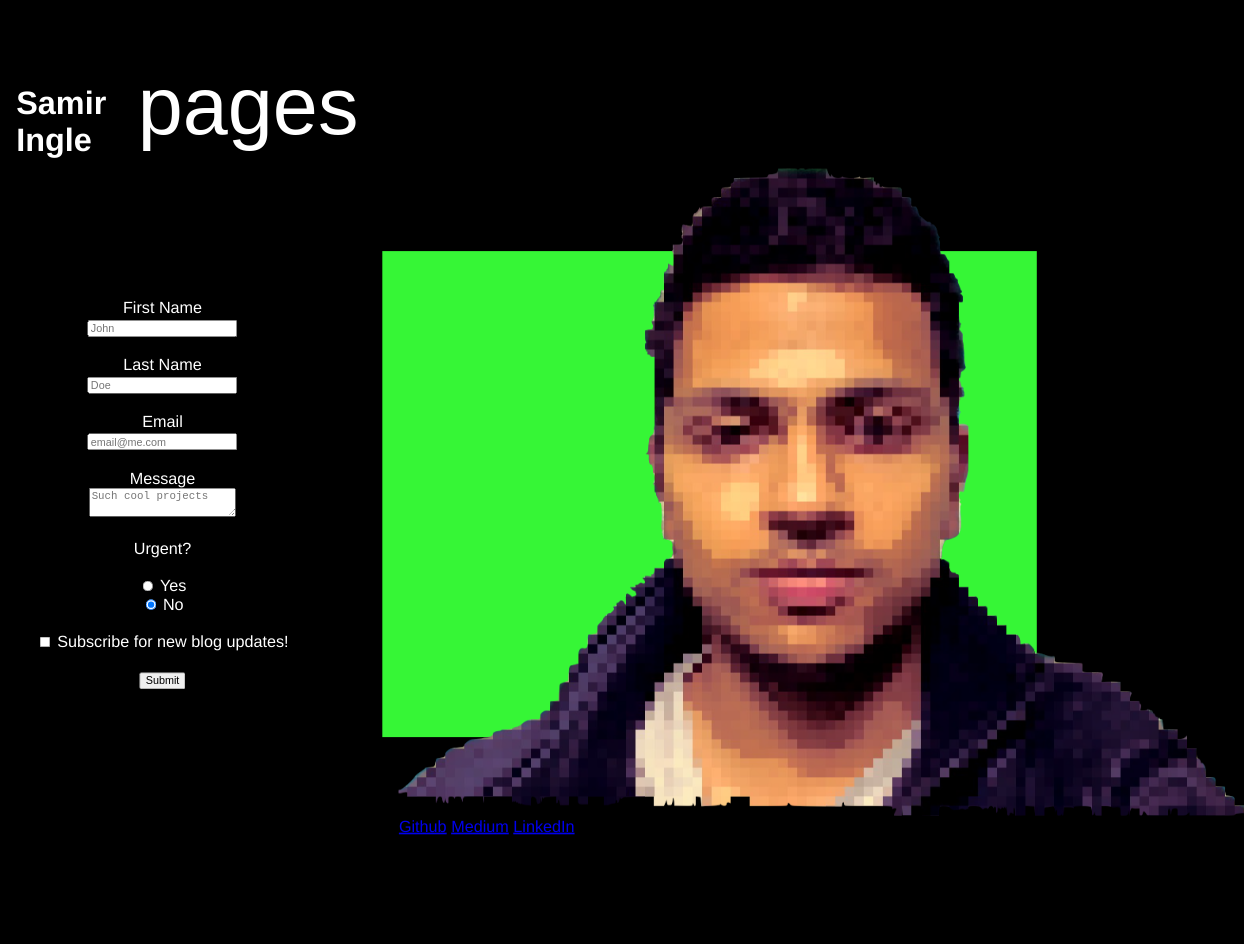
Repository: SamirIngley/html-semantic
Page: templates/contact.html
The author's editor kept a copy of each file at every save. The page is drawn from the files as they stood at one save, then again after the next save.
The browser window is 1280 px wide. The page is 1536 px wide, then 1522 px, then 1536 px, so the pictures cover 1536 px, including what lies to the right of the window. The pictures show the whole page, at 81% of full size.

Above is the page before, as saved 2020-02-06 09:27:21.

After the next save:
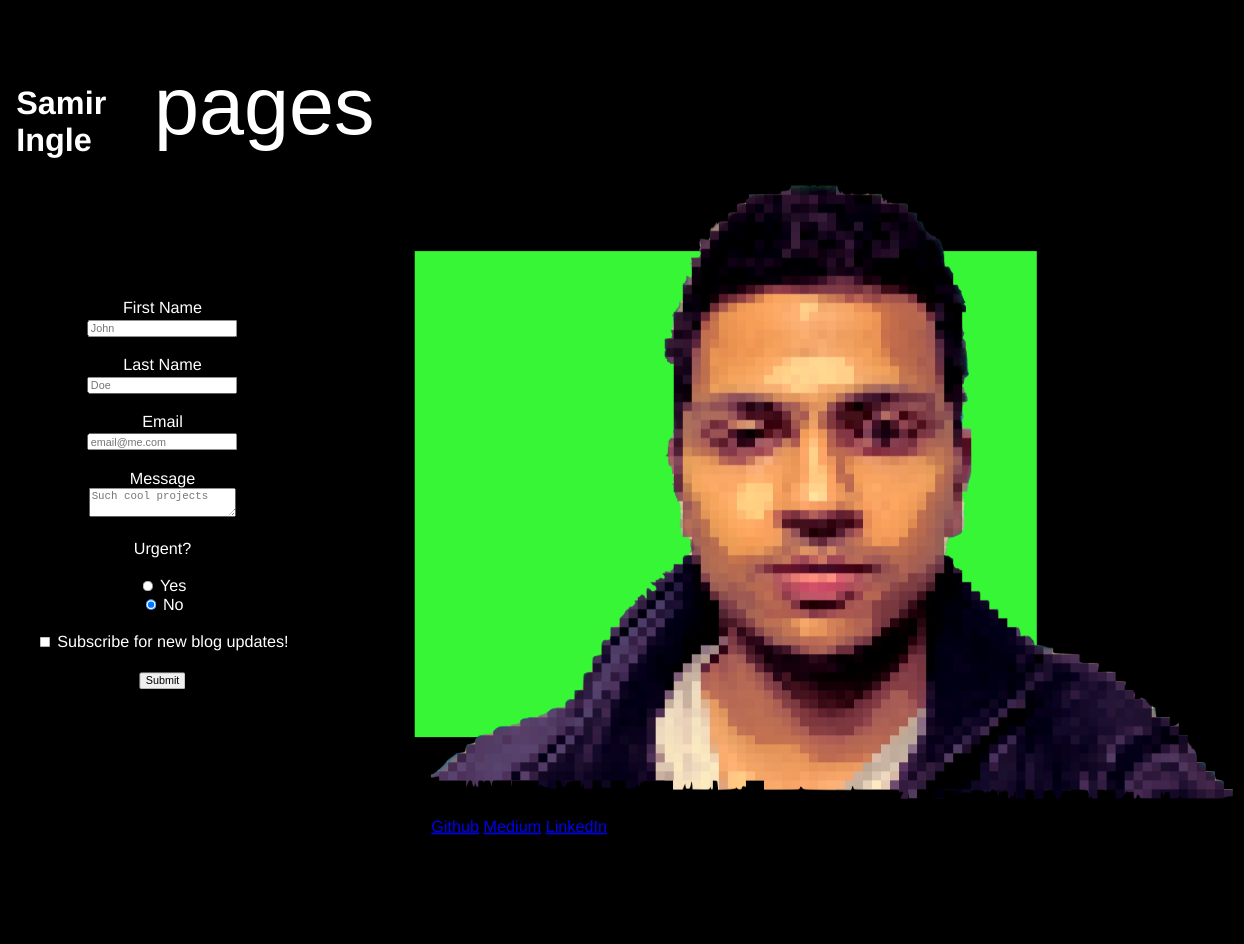
Saved 3 min 34 s later.
--- a/templates/style.css
+++ b/templates/style.css
@@ -112,7 +112,7 @@ body {
 }
 
 
-nav a {
+/* nav a {
   color: white;
   text-align: right;
   font-size: 2vw;
@@ -138,7 +138,7 @@ nav {
 nav {
     padding: 1em;
 }
-
+ */
 
 
 .topnav {
@@ -201,7 +201,7 @@ nav {
   right: 0;
   background-color: #6f6f6f00;
   min-width: 200px;
-  box-shadow: 0px 8px 16px 0px rgba(0,0,0,0.2);
+  box-shadow: 0px 8px 16px 0px rgba(0, 0, 0, 0.719);
   z-index: 1;
 }
 

After the save that followed:
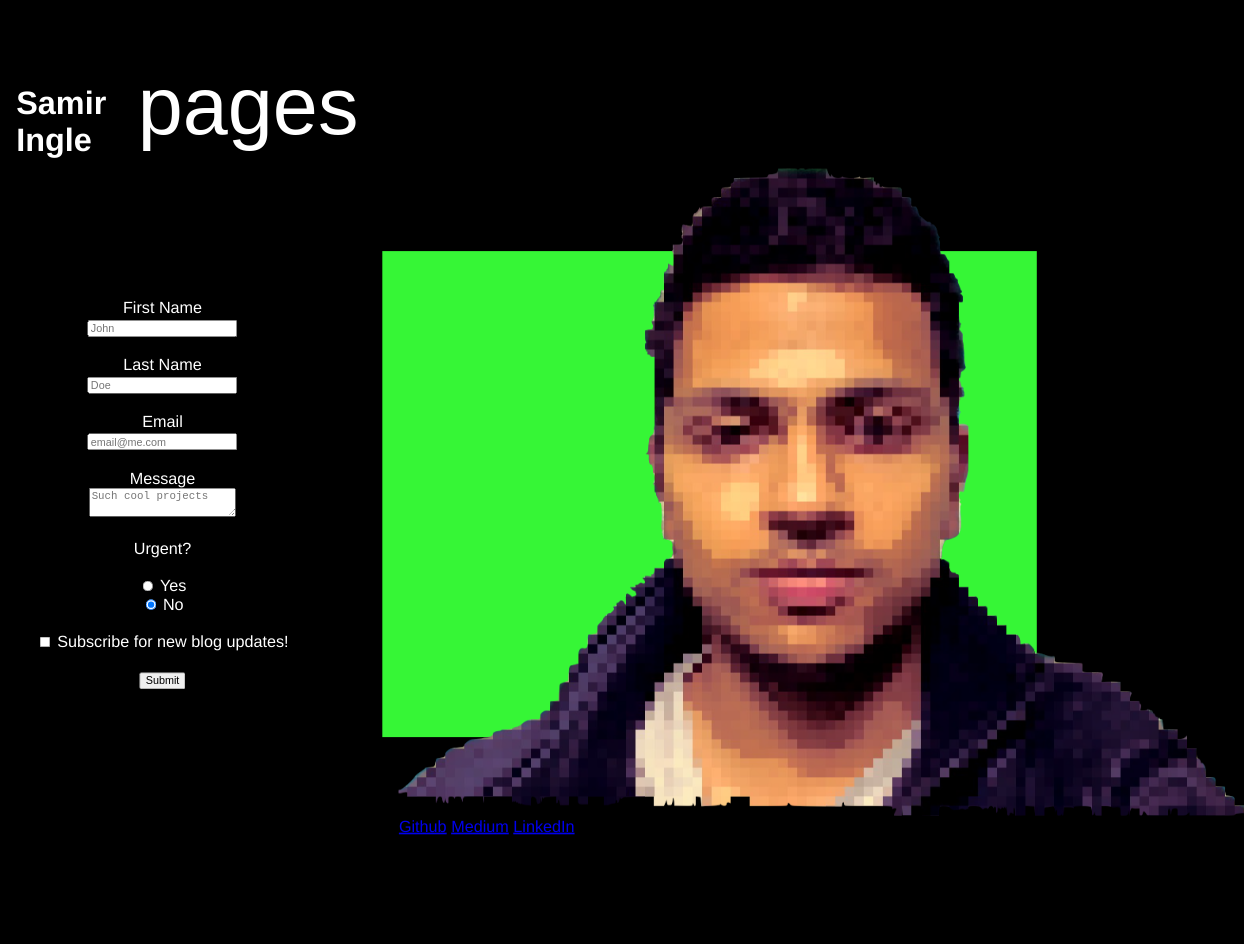
Saved 11 s later.
--- a/templates/style.css
+++ b/templates/style.css
@@ -134,11 +134,11 @@ nav {
   justify-content: flex-end;
   list-style: none;
 } */
-
+/*
 nav {
     padding: 1em;
 }
- */
+ */ */
 
 
 .topnav {
